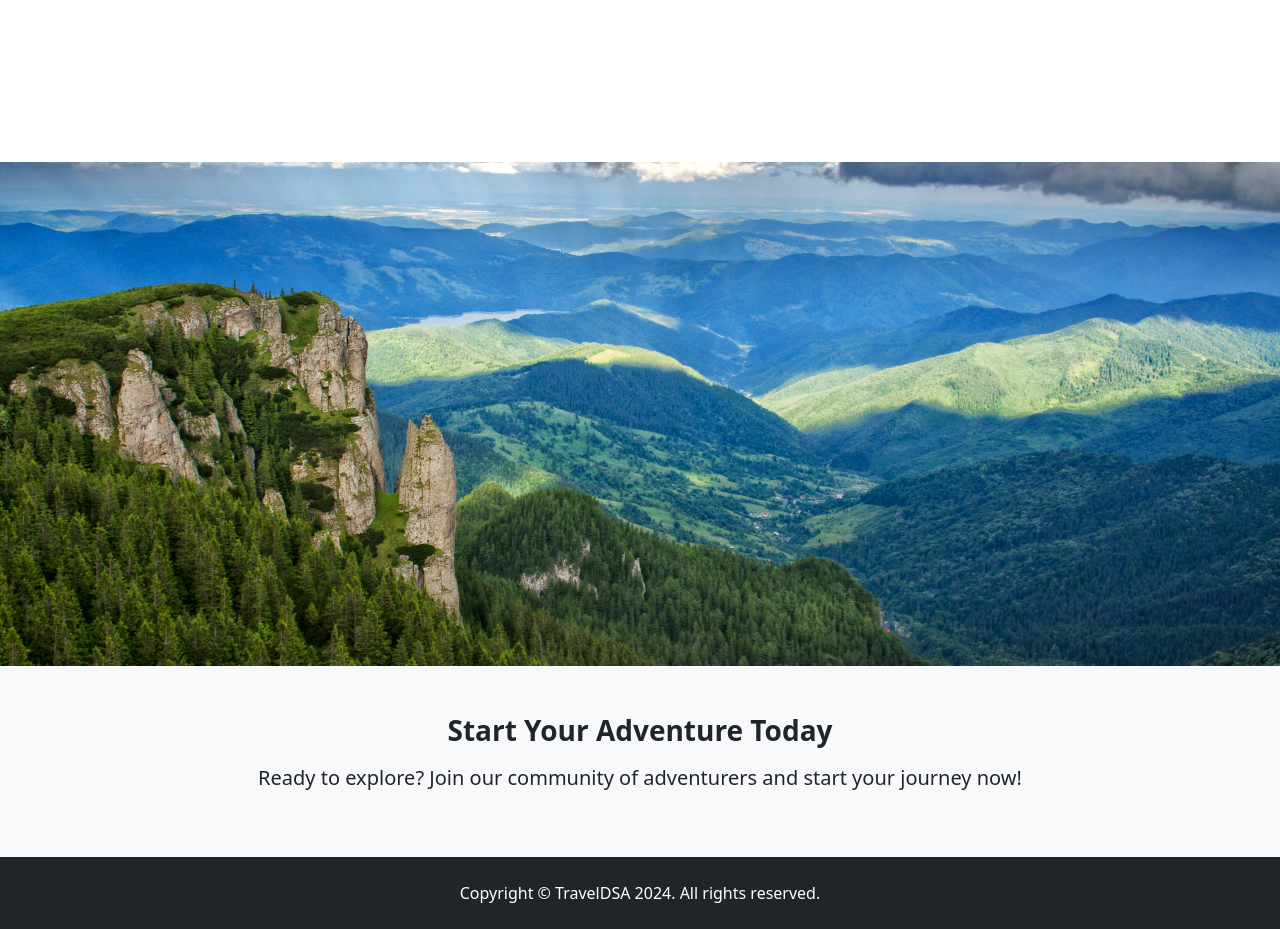
Repository: bettowww/TravelDSA
Page: /home
An editor plug-in stored every save of this project. The page is shown before and after the next save, followed by the edit.
The browser window is 1280 px wide. The pictures show the whole page.
The project was rebuilt for these pictures with package versions that can differ from the ones it lists, and the page was loaded fresh each time. The framework's server and built-in components were replaced by stand-ins that run in the browser. Also part of the build but not shown: next.config.mjs.

Above is the page before, as saved 2024-12-10 14:15:12.

### app/home/page.jsx
"use client";

// import React, { useState } from "react";
// import { useRouter } from "next/navigation";

import "../../styles/home.css"; // Importă stilurile CSS
import "bootstrap/dist/css/bootstrap.min.css"; // Import Bootstrap CSS

const HomePage = () => {
  // const router = useRouter(); // Pentru navigare

  return (
    <div>
      {/* Header Section */}
      <header>
        <div className="text-center my-5">
          <h1 className="text-white fs-3 fw-bolder">
            Welcome to TravelDSA
          </h1>
          <p className="text-white-50 mb-0">
            Your trusted travel companion for exploring the world.
          </p>
        </div>
      </header>

      {/*Picture section */}
      <section
        style={{
          backgroundImage: `url("/pictures/homepage.jpg")`,
          backgroundSize: "cover",
          backgroundPosition: "center",
          backgroundRepeat: "no-repeat",
          minHeight: "70vh",
        }}
      >
      </section>


      {/* Call to Action Section */}
      <section className="py-5 bg-light">
        <div className="container text-center">
          <h3 className="fw-bold mb-3">Start Your Adventure Today</h3>
          <p className="lead">
            Ready to explore? Join our community of adventurers and start your
            journey now!
          </p>
        </div>
      </section>

      {/* Footer */}
      <footer className="py-4 bg-dark">
        <div className="container">
          <p className="m-0 text-center text-white">
            Copyright &copy; TravelDSA 2024. All rights reserved.
          </p>
        </div>
      </footer>
    </div>
  );
};

export default HomePage;

Loaded but not shown: styles/home.css (library)

After the next save:
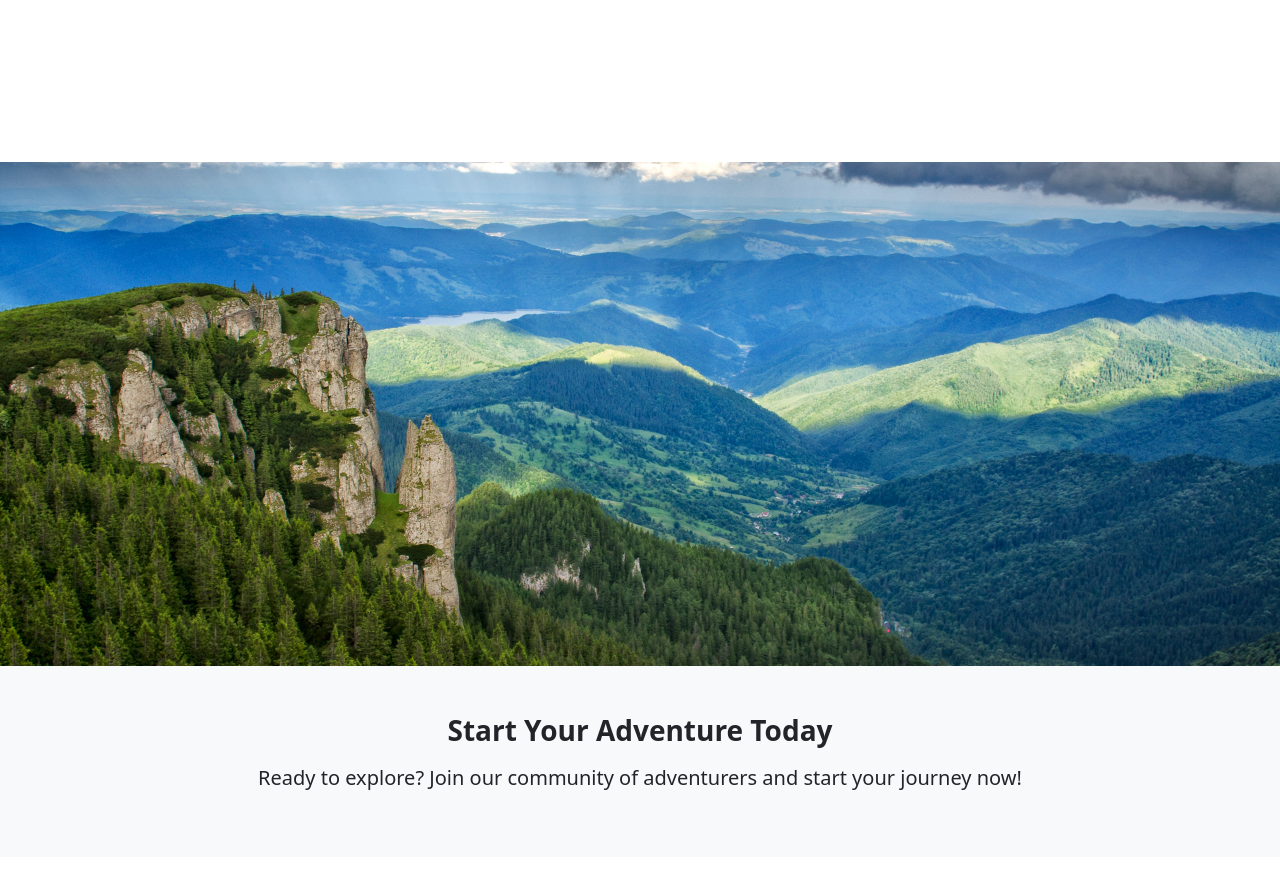
Saved 27 s later.
--- a/app/home/page.jsx
+++ b/app/home/page.jsx
@@ -35,7 +35,6 @@ const HomePage = () => {
       >
       </section>
 
-
       {/* Call to Action Section */}
       <section className="py-5 bg-light">
         <div className="container text-center">
@@ -48,7 +47,7 @@ const HomePage = () => {
       </section>
 
       {/* Footer */}
-      <footer className="py-4 bg-dark">
+      <footer>
         <div className="container">
           <p className="m-0 text-center text-white">
             Copyright &copy; TravelDSA 2024. All rights reserved.
